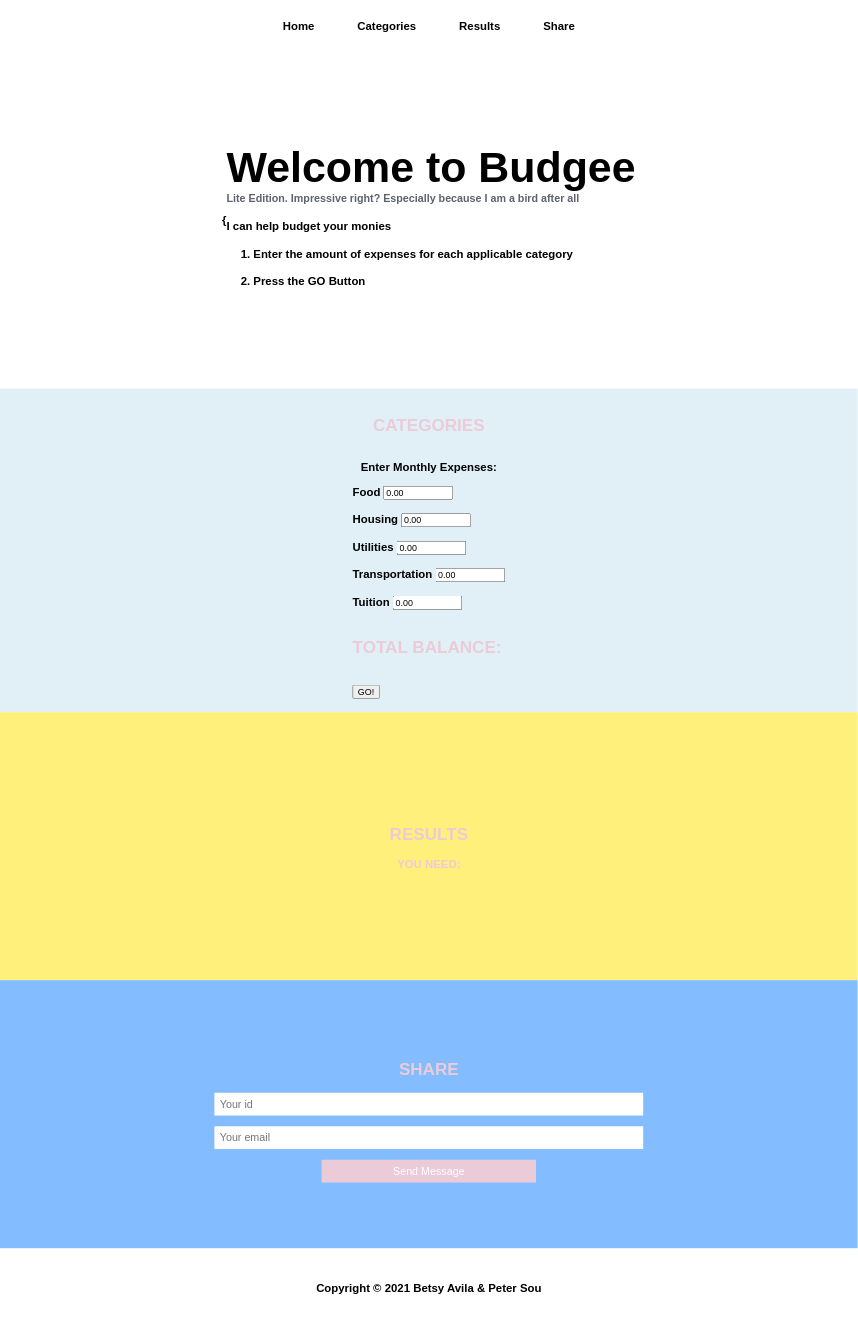
Repository: Peter-Sou/CSE-111-Project-1
Page: http://localhost/
An editor plug-in stored every save of this project. The page is shown before and after the next save, followed by the edit.
The browser window is 1280 px wide. The pictures show the whole page, at 67% of full size.
The page is served by the project's application, run on Django 3.2 (manage.py). Other server files are loaded and not shown.

Above is the page before, as saved 2021-12-07 17:58:57.

### ezPC/EZPCAPP/templates/EZPCAPP/hi.html
{% load static %}
<!DOCTYPE html>
<html lang="en">
<head>
    <meta charset="UTF-8">
    <title>EZ-PC-APP</title>
    <!--Resposive meta tag to make this webpage page looking good on mobile browser-->
    <meta id="viewport" content="width=device-width, initial-scale=1.0">
    <!--Add a favicon-->
    <link rel="shortcut icon" type="image/png" href="assets/favicon.png" />
    <!--Add a page title-->
    <title>EZ | PC</title>
    <!--Include styles.css file to this webpage-->
    <link rel="stylesheet" href ="{%static 'css/main.css' %}">
    <!--Include script.js file to this webpage-->
    {% comment %} <script type="module" src="script.js"></script> {% endcomment %}
</head>
<body>
    <nav>
		<a href = "#header">Home</a>
		<a href = '#Categories'>Categories</a>
		<a  href = '#Results'>Results</a>
		<a href = "#Share">Share</a>
    </nav>
    <header id = 'header'> {
        <div>
            <h1>Welcome to Budgee</h1>
            <h3>Lite Edition. Impressive right? Especially because I am a bird after all</h3>
            <h4>I can help budget your monies</h4>
            <ol>
                <li>Enter the amount of expenses for each applicable category</li>
                <br>
                <li>Press the GO Button</li>
                </ol>
        </div>
        {% comment %} <img src="assets/profile_professional.jpg"> {% endcomment %}
	</header>
    <section id = 'Categories'>
	    <h2>Categories</h2>
		<p><strong>Enter Monthly Expenses:</strong> </p>

		<form>
		    <div>
			    <label for = "food">Food</label>
				<input type="number" id= "Food" min="0.00" step="0.01" max="30000" value="0.00" />
			</div>
			<br>
			<div>
			    <label for = "Housing">Housing</label>
				<input type="number" id="Housing" min="0.00" step="0.01" max="30000" value="0.00" />
			</div>
			<br>
			<div>
			    <label for = "Utilities">Utilities</label>
				<input type="number" id= "Utilities" min="0.00" step="0.01" max="30000" value="0.00" />
			</div>
			<br>
			<div>
			    <label for = "Transportation">Transportation</label>
				<input type="number" id= "Transportation" min="0.00" step="0.01" max="30000" value="0.00" />
			</div>
			<br>
			<div>
			    <label for = "Tuition">Tuition</label>
				<input type="number" id = "Tuition" min="0.00" step="0.01" max="30000" value="0.00" />
			</div>
			<br>
			<div>
			    <h2>Total Balance: </h2>
				<h2 id = "total"></h2>
            </div>
			<br>
            <button onclick = "CalcSum()">GO!</button>
		</form>

		</section>
		<section id = 'Results'>
			<div>
				<h2>Results</h2>
				<p id = "total">You need: </p>
			</div>
		</section>
		<section id = 'Share'>
			<h2>Share</h2>
			<form action = '/survey/checkout' method = 'post' enctype= "multipart/form-data">
				<input type="id" placeholder='Your id' required>
				<input type="email" placeholder='Your email' required>
				<button>Send Message</button>
				<input type='hidden' id='redirecturl' value='thankyou.html'>
				<input type='hidden' id='survey' value='Share'>
			</form>
		</section>

		<main></main>
		<footer id = "foot">
			<div>Copyright © 2021 Betsy Avila & Peter Sou</div>
		</footer>
	</body>

</html>

### ezPC/EZPCAPP/views.py
from django.shortcuts import render
from django.http import HttpResponse
def hi(request):
    return render(request,'EZPCAPP/hi.html')

### ezPC/ezPC/urls.py
"""ezPC URL Configuration

The `urlpatterns` list routes URLs to views. For more information please see:
    https://docs.djangoproject.com/en/3.2/topics/http/urls/
Examples:
Function views
    1. Add an import:  from my_app import views
    2. Add a URL to urlpatterns:  path('', views.home, name='home')
Class-based views
    1. Add an import:  from other_app.views import Home
    2. Add a URL to urlpatterns:  path('', Home.as_view(), name='home')
Including another URLconf
    1. Import the include() function: from django.urls import include, path
    2. Add a URL to urlpatterns:  path('blog/', include('blog.urls'))
"""
from django.contrib import admin
from django.urls import path, include


urlpatterns = [
    path('admin/', admin.site.urls),
    path('', include('EZPCAPP.urls'))
]

### ezPC/EZPCAPP/urls.py

from django.urls import path
from . import views

urlpatterns = [
    path('', views.hi, name="home-page"),
]

### ezPC/EZPCAPP/static/css/main.css
*{
	box-sizing: border-box;
}
html{
	scroll-behavior: smooth;
}

body {
	display:flex;
	flex-direction: column;
	align-items:center;
	justify-content:space-between;

	margin:0;
	padding:0;
	min-height:100vh;

	font-family: 'Josefin Sans', sans-serif;/*link href in the head tag*/
	font-size: 17px;
	font-weight:bold;
}

body > * {
	display: flex;
	align-items: center;
	justify-content:center;

}
nav{
	color: black;
	background-color: white;
	height:80px;
	width: 100%;

	max-width:500px;
	justify-content: space-around;
	flex-wrap: wrap;

	position: sticky;
	top:0;
}
/*select all a elements/tags in nav*/
nav a{
	text-decoration: none;
	color: black;
	margin: 0 12px;

}
nav > a{
	margin: 0 10px;
	color: black;
}

a: hover{
	color:#80ffe8;
}

header {
	color:black;
	background-color: white;
	height:500px;
	width:100%;
}

header h1 {
	font-size: 64px;
	margin: 0;
}

header h2 {
	font-size: 40px;
	margin: 0;
	color: #eccbd9;
	/* Make all of the characters to uppercase*/
	text-transform: uppercase;
}

header h3 {
	font-size: 16px;
	margin: 0;
	color: #5E616E;
}

header img {
	max-width: 100%;
	height: auto;
	background-color: #fff;
	border-radius: 100%;
	margin-left: 40px;
}

#Categories{
	color:black;
	background-color:#E1EFF6;
	min-height:400px;
	width:100%;
	padding: 20px 0;
	flex-direction: column;

}

#Categories h2{
	color: #eccbd9;
	text-transform:uppercase;
}

#Results{

	color:black;
	background-color:#fff07c;
	min-height:400px;
	width:100%;
	padding: 20px 0;


	display: flex;
	align-items: center;
	justify-content: center;

}
#Results{
	color: #eccbd9;
	text-transform:uppercase;
}

#Results > div{
	max-width:auto;
	width:100%;
	/* padding: top right bottom left */
	padding: 16px 40px 16px 40px;

	/*a in rgba is the alpha channel that specifies the opacity for a color
	background-color: rgba(0, 0, 0, 0.4);*/
	margin:20px 0;
	/* Define the text color in this div box*/
	text-align: center;

}

#Share{
	color:black;
	background-color:#83bcff;
	min-height:400px;
	padding: 20px 0;
	width:100%;
	flex-direction: column; /*keeps the text in the  middle of the colored square*/
}

#Share h2{
	color: #eccbd9;
	text-transform: uppercase;
}

#Share form{
	max-width:640px;
	width:100%;
	display:flex;
	flex-direction: column;
	align-items:center;
}

#Share form >*{
	font-family: 'Josefin Sans', sans-serif;
}

#Share input{
	width:100%;
	font-size: 16px;
	padding: 8px;
	border: none;
	margin-bottom: 16px;

}

#Share textarea{
	width:100%;
	font-size: 16px;
	padding: 8px;
	border: none;
	margin-bottom: 16px;
	height: 120px;
	resize: none;
}

#Share button{
	width: 50%;
	background-color: #eccbd9;
	color:white;
	padding: 8px 16px;
	font-size: 16px;
	border:none;
	cursor:pointer;

}

footer {
	height: 120px;
	display: flex;
	flex-direction: column;
	align-items: center;
	justify-content: center;

}

footer .links{
	display:flex;
	align-items:center;
	justify-content: space-evenly;
	width:120px;
	margin-bottom:8px;

}

footer .links img{
	max-width:100%;
	height:auto;
}

After the next save:
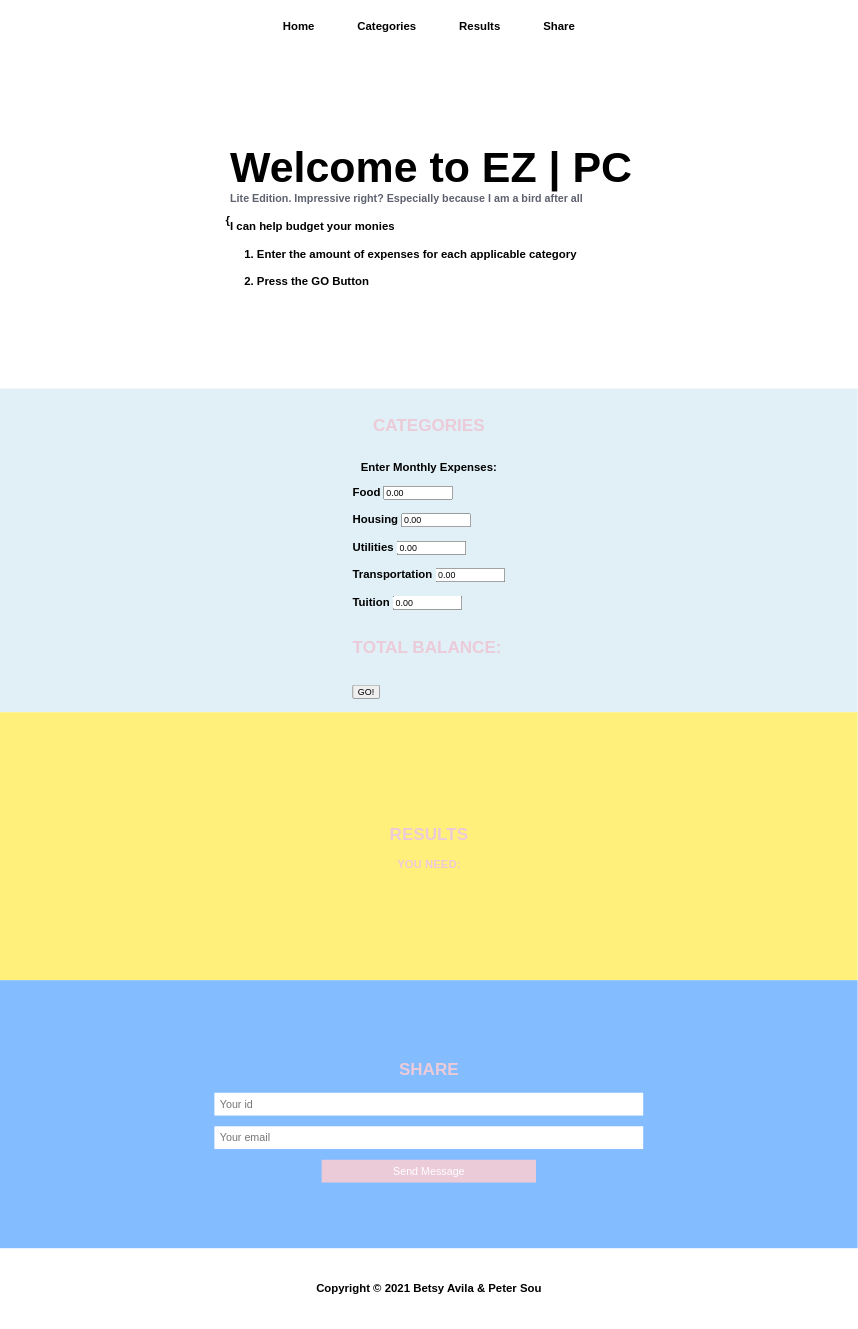
Saved 8 s later.
--- a/ezPC/EZPCAPP/templates/EZPCAPP/hi.html
+++ b/ezPC/EZPCAPP/templates/EZPCAPP/hi.html
@@ -24,7 +24,7 @@
     </nav>
     <header id = 'header'> {
         <div>
-            <h1>Welcome to Budgee</h1>
+            <h1>Welcome to EZ | PC</h1>
             <h3>Lite Edition. Impressive right? Especially because I am a bird after all</h3>
             <h4>I can help budget your monies</h4>
             <ol>
